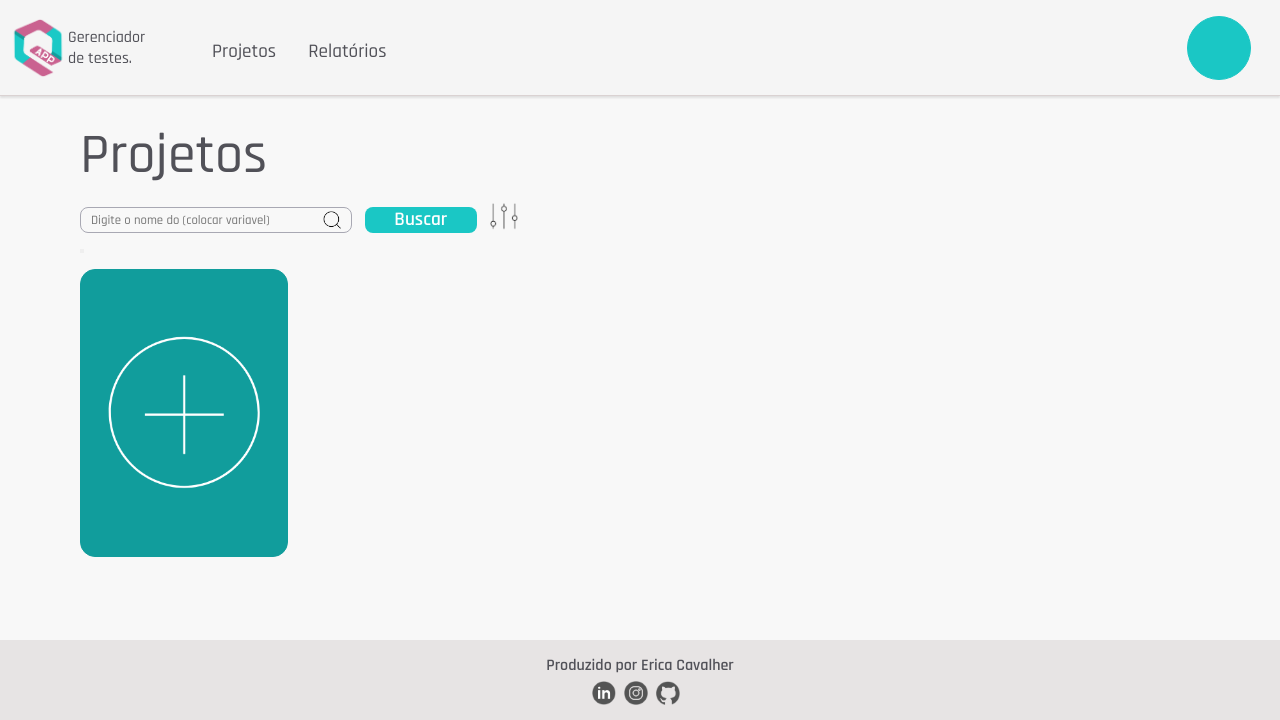
Repository: kika-cavalher/qapp-web
Page: /
The author's editor kept a copy of each file at every save. The page is drawn from the files as they stood at one save, then again after the next save.
The browser window is 1280 px wide. The pictures show the whole page.
The page's requests for data from a server got no answer. The project was rebuilt for these pictures with package versions that can differ from the ones it lists, and the page was loaded fresh each time. No one was signed in, and anything a server would have sent is missing. Also part of the build but not shown: src/styles/components/modals.scss, src/components/modals.tsx, src/hooks/useAuth.ts, src/styles/pages/signIn.scss, src/pages/auth/SignIn.tsx, src/styles/pages/signUp.scss, src/pages/auth/SignUp.tsx.

Above is the page before, as saved 2022-03-23 18:42:07.

### public/index.html
<!DOCTYPE html>
<html lang="pt-br">
  <head>
    <meta charset="utf-8" />
    <meta name="viewport" content="width=device-width, initial-scale=1" />

    <link rel="preconnect" href="https://fonts.googleapis.com">
    <link rel="preconnect" href="https://fonts.gstatic.com" crossorigin>
    <link href="https://fonts.googleapis.com/css2?family=Rajdhani:wght@300;400;500;600;700&display=swap" rel="stylesheet">

    <title>QApp</title>
  </head>
  <body>
    <noscript>You need to enable JavaScript to run this app.</noscript>
    <div id="root"></div>
  </body>
</html>

### src/index.tsx
import React from 'react';
import ReactDOM from 'react-dom';
import App from './App';

import './styles/global/styles.scss';
import './services/firebase'


ReactDOM.render(
  <React.StrictMode>
    <App />
  </React.StrictMode>,
  document.getElementById('root')
);

### src/App.tsx
import { AuthContextProvider } from './contexts/AuthContext'
import { BrowserRouter, Routes, Route } from "react-router-dom";

import { ProjectPage  } from "./pages/Project";
import { LoginPage } from "./pages/auth/SignIn";
import { RegisterPage } from "./pages/auth/SignUp";


function App() {
  return (
    <BrowserRouter>
      <AuthContextProvider>
        <Routes>
          <Route path="/" element={<ProjectPage  />} />
          <Route path="auth/sign-in" element={<LoginPage />} />
          <Route path="auth/sign-up" element={<RegisterPage  />} />
        </Routes>
      </AuthContextProvider>
    </BrowserRouter>
  );
}

export default App;

### src/styles/global/styles.scss
@import 'variables.scss';

* {
    box-sizing: border-box;
    margin: 0;
    padding: 0;
  }

  body {
    background: $white-offwhite;
    color: $dark-grey;
  }

  body, input, button, textarea {
    font: 400 16px 'Rajdhani', sans-serif;
  }

### src/services/firebase.ts
import firebase from 'firebase/compat/app';
import 'firebase/compat/auth';
import { getFirestore } from "firebase/firestore";


const firebaseConfig = {
  apiKey: process.env.REACT_APP_API_KEY,
  authDomain: process.env.REACT_APP_AUTH_DOMAIN,
  databaseURL: process.env.REACT_APP_DATABASE_URL,
  projectId: process.env.REACT_APP_PROJECT_ID,
  storageBucket: process.env.REACT_APP_STORAGE_BUCKET,
  messagingSenderId: process.env.REACT_APP_MESSAGING_SENDER_ID,
  appId: process.env.REACT_APP_APP_ID
};

firebase.initializeApp(firebaseConfig);

const auth = firebase.auth();
const database = getFirestore();

export { firebase, auth, database }

### src/contexts/AuthContext.tsx
import { createContext, ReactNode, useEffect, useState } from "react";
import { createUserWithEmailAndPassword, signInWithEmailAndPassword, getAuth } from "firebase/auth"
import firebase from "firebase/compat";


type User = {
  email: string;
  password: string;
}

type AuthContextProviderProps = {
  children?: ReactNode | undefined;
}

type AuthContextType = {
  user: User | undefined;
  signIn: (props: User) => {};
  signUp: (props: User) => {};
  // signInWithGoogle: () => Promise<void>;
}


export const AuthContext = createContext({} as AuthContextType);

export const AuthContextProvider = (props: AuthContextProviderProps) => {
  const [user, setUser] = useState<User>();
  const auth = getAuth();


  const signIn = async (props: User) => {
    signInWithEmailAndPassword(auth, props.email, props.password)
    .then((userCredential) => {
      if (!userCredential) {
        throw new Error('Missing information from Google Account.');
      }
      setUser({
        email: props.email,
        password: props.password
      })
    })
    .catch((error) => {
      console.log(error.code & error.message);
    })
  }


  const signUp = async (props: User) => {
    createUserWithEmailAndPassword(auth, props.email, props.password)
    .then((userCredential) => {
      console.log(userCredential.user);
    })
    .catch((error) => {
      console.log(error.code & error.message);
    })
  };

  // async function signInWithGoogle() {
  //   const provider = new firebase.auth.GoogleAuthProvider();
  //   const result = await auth.signInWithPopup(provider);
  //   .then((userCredential) => {
  //     if (!userCredential) {
  //       throw new Error('Missing information from Google Account.');
  //     }
  //     setUser({
  //       email: email,
  //       password: password
  //     })
  //   })
  //   .catch((error) => {
  //     console.log(error.code & error.message);
  //   })
  // }

  useEffect(() => {
    const unsubscribe = auth.onAuthStateChanged(user => {
      if (user) {
        const { email } = user

        if (!email) {
          throw new Error('Missing information from your Account.');
        }
        setUser({
          email: email,
          //erro , onde pega a senha?
          password: user.refreshToken
        })
      }
    })

    return () => {
      unsubscribe();
    }
  }, [])

  //useImperativeHandle?

  return (
    <AuthContext.Provider  value={{user, signIn, signUp}}>
      {props.children}
    </AuthContext.Provider>
  )

}

### src/pages/Project.tsx
import { useCallback, useRef } from "react";

import { TopMenu } from "../components/top-menu";
import { Search } from "../components/Search";
import { Footer } from "../components/Footer";
import Modals, { ModalHandles } from "../components/modals";
import { Button } from "../components/Button";

import iconAdd from '../assets/icon/add.png';
import '../styles/pages/project.scss'

export function ProjectPage () {
    const arrumarVariavel = "Projetos";
    const modalRef = useRef<ModalHandles>(null)

    const handleOpenModal = useCallback(() => {
        modalRef.current?.openModal();
    }, [])


    return (
        <div id="page-project">
            <TopMenu />
                <div className='page-project--main__container'>
                    <div className='page-project--container__title'>
                        <h1>{arrumarVariavel}</h1>
                    </div>
                <Search />
                <Button onClick={handleOpenModal} className="btn-open-modal">
                    Novo projeto
                </Button>
                <Modals ref={modalRef}/>
                    <div className='page-project--cards'>
                        <div className='page-project--cards__new'>
                            <div className='page-project--cards__new--icon'>
                                <input className='page-project--cards__new--img' type="image" src={iconAdd} alt="icone de orientação para adicionar novo projeto"/>
                            </div>
                        </div>
                    </div>
                </div>
            <Footer />
        </div>
    )
}

### src/styles/global/variables.scss
//colors
$white: #fff;
$white-offwhite: #f8f8f8;
$dark-offwhite: #f5f5f5;
$transparente: rgba(255, 255, 255, -0.1);

$light-grey: #e7e4e4;
$medium-grey: #c6c6c9;
$grey-with-transparency: rgba(0, 0, 0, 0.041);
$grey_border: #a8a8b3;
$dark-grey: #515158;

$turquoise: #1ac7c5;
$dark-greenish: #119d9c;

$dark-pink: #c86291;
$light-pink: #f8eaea;

$red_google: #ea4335;

// media queries
$monitor-width: 1300px;
@mixin monitor {
    @media (min-width: #{$monitor-width}) {
        @content;
    }
}

$notebook-width: 1300px;
$notebook-height: 700px;
@mixin notebook {
    @media (max-width: #{$notebook-width}) and (min-height: #{$notebook-height}){
        @content;
    }
}

$tablet-width: 850px;
@mixin tablet {
    @media (max-width: #{$tablet-width}){
        @content;
    }
}

$phone-width: 500px;
@mixin phone {
    @media (max-width: #{$phone-width}){
        @content;
    }
}

$screen-slim: 700px;
@mixin slim {
    @media (max-height: #{$screen-slim}) {
        @content;
    }
}

### src/components/top-menu.tsx
import { Link } from 'react-router-dom'

import '../styles/components/top-menu.scss'
import Logo from './Logo';

export function TopMenu () {

/*     const { user } = useAuth()
    const fullName = String(user?.name);
    const initials = fullName.normalize('NFD').replace(/[\u0300-\u036f]/g, "").split(" ");


    for (let i = 0; i < 2; i++) {
        initials[i] = initials[i][0]
    }
 */


    return (
        <div id="component--top-menu">
             <div className='component--top-menu__logo'>
                <Logo />
                <p>Gerenciador de testes.</p>
            </div>
            <div className='component--top-menu__pages'>
                <ul className='top-menu__list'>
                    <li className='top-menu__itens'>
                        <Link to='/' className='top-menu__pages--project'>Projetos
                        </Link>
                    </li>
                </ul>
                <ul className='top-menu__list'>
                    <li className='top-menu__itens'>
                        <Link to='/' className='top-menu__pages--reports'>Relatórios
                        </Link>
                    </li>
                </ul>
            </div>
            <div className='component--top-menu__user'>
                <div className='component--user__round'>
{/*                     <h1>{initials}</h1> */}
                </div>
            </div>
        </div>
    )
}

### src/components/Search.tsx
import { Button } from './Button';

import iconSearch from '../assets/icon/search.png';
import iconFilter from '../assets/icon/filter.png';
import '../styles/components/search.scss'


export function Search () {
    return (
        <div id="component--search">
            <div className='component--search__input'>
                <input type="text" placeholder="Digite o nome do (colocar variavel)"/>
                <div className='search__input--icon'>
                    <img id="icon-search" src={iconSearch} alt="icone de identificação visual do campo de busca" />
                </div>

            </div>
            <div className='btn__search'>
                <button type="submit">Buscar</button>
            </div>
            <div className='component--filters'>
                <img id="icon-filter" src={iconFilter} alt="icone de identificação visual das opções de filtragem" />
            </div>
        </div>
    )
}

### src/components/footer.tsx

import iconLinkedin from '../assets/icon/linkedin.png';
import iconInstagram from '../assets/icon/instagram.png';
import iconGithub from '../assets/icon/github.png';
import '../styles/components/footer.scss'

export function Footer () {
    return (
        <div id="component--footer">
            <p>Produzido por Erica Cavalher</p>
            <div className='footer--list__social-media'>
                <img id="icon-add--linkedin" src={iconLinkedin} alt="icone de orientação para adicionar novo projeto" />
                <img id="icon-add--instagram" src={iconInstagram} alt="icone de orientação para adicionar novo projeto" />
                <img id="icon-add--github" src={iconGithub} alt="icone de orientação para adicionar novo projeto" />
            </div>
        </div>
    )
}

### src/components/Button.tsx
import {ButtonHTMLAttributes} from 'react'
import '../styles/components/button.scss'



type Button = {
    ButtonProps: ButtonHTMLAttributes<HTMLButtonElement>
    type?: "button" | "submit" | "reset" | undefined,
    className?: string
    onClick?: () => void
}

export function Button (props:Button) {
    const { className, type, onClick, ButtonProps } = props
    return (
        <button
        onClick={onClick}
        className={`${className}`}
        type={type}
         {...ButtonProps} />
    )
}


//onClick = {() => funcao()}

### src/styles/pages/project.scss
@import '../global/variables.scss';

#page-project {
    display: flex;
    flex-direction: column;
    justify-content: space-between;
    height: 100%;
    z-index: 1;
}

.page-project--main__container {
    margin: 1.5rem 5rem;
}

.page-project--container__title {

    h1 {
        color: $dark-grey;
        font-size: 3.5rem;
        font-weight: 500;
    }
}

.page-project--cards {
    /* Colocar grid 3 card maximo por linha.  */

    .page-project--cards__new {
        background-color: $dark-greenish;
        width: 13rem;
        height: 18rem;
        border: 1px solid $dark-greenish;
        border-radius: 15px;
        color: $dark-grey;
        margin: 1rem 0 3rem 0;

        .page-project--cards__new--icon {
            display: flex;
            align-items: center;
            justify-content: center;
            height: 18rem;

            .page-project--cards__new--img{
                height: 10rem;
                width: 10rem;
            }
        }
    }

}

### src/components/Logo.tsx
import { useNavigate } from 'react-router-dom';
import logoQapp from '../assets/images/logoQapp.png';

export default function Logo() {

    const history = useNavigate();
    function navigateToHome(e: { preventDefault: () => void; }) {
        e.preventDefault();
        history('/');
    }


    return (
        <img onClick={navigateToHome} id="img-logo" src={logoQapp} alt="Logo da empresa QApp" />
    );
  }

### src/styles/components/top-menu.scss
@import '../global/variables.scss';

#component--top-menu {
    background: $dark-offwhite;
    border-bottom: 0.5px solid #DAD2D2;
    box-shadow: 0px 2px 2px rgba(0, 0, 0, 0.10);
    display: flex;
    flex-direction: row;
    height: 6rem;
    justify-content: space-between;
}

.component--top-menu__logo {
    align-items: center;
    display: flex;
    flex-direction: row;
    margin-left: 0.5rem;

    #img-logo {
        cursor: pointer;
        height: 60px;
        width: 60px;

        @include phone {
            width: 50px;
        }
    }

    p {
        font-size: 1rem;
        font-weight: 500;
        margin-right: 2rem;
        width: 5rem;
    }
}

.component--top-menu__pages {
    align-items: flex-end;
    display: flex;
    font-size: 1.2rem;
    width: 100%;
    height: 4rem;

    .top-menu__itens {
        list-style: none;
        margin-left: 2rem;

        a {
            color: $dark-grey;
            cursor: pointer;
            font-weight: 500;
            text-decoration: none;
        }

        &:hover {
            margin-bottom: 2px;
            border-bottom: 2px solid $turquoise
        }
    }
}

.component--top-menu__user {
    align-items: center;
    display: flex;
    justify-content: center;
    width: 10rem;

    .component--user__round {
        align-items: center;
        background: $turquoise;
		border: 1px solid $turquoise;
        border-radius: 50%;
        display: flex;
		height: 4rem;
        justify-content: center;
        text-transform: uppercase;
        width: 4rem;

        h1 {
            color: $white
        }
    }
}

### src/styles/components/search.scss
@import '../global/variables.scss';

#component--search {
    display: flex;
    align-items: center;
}

.component--search__input {
    display: flex;
    align-items: center;
    margin-right: 0.8rem;

    input {
        background: $transparente;
        border: 1px solid $grey_border;
        border-radius: 8px;
        color: $dark-grey;
        font-size: 0.8rem;
        font-weight: 500;
        height: 1.6rem;
        margin: 0.5rem 0;
        outline: none;
        padding: 0 10px;
        width: 17rem;
        z-index:2;
    }

    .search__input--icon {
        align-items: flex-end;
        display: flex;
        flex-direction: column;
        position: absolute;
        width: 16.3rem;
        z-index:1;

        img {
            height: 1.1rem;
            width: 1.1rem;
        }
    }
}

.component--filters {
    margin-left: 0.8rem;

    img {
        height: 1.8rem;
        width: 1.8rem;
    }
}

### src/styles/components/footer.scss
@import '../global/variables.scss';

#component--footer {
    align-items: center;
    background-color: $light-grey;
    bottom: 0;
    display: flex;
    flex-direction: column;
    height: 5rem;
    justify-content: center;
    position: fixed;
    text-align: center;
    width: 100vw;

    p{
        font-size: 1rem;
        font-weight: 600;
    }

    img {
        margin: 0.3rem 0.5rem 0 0;
        height: 1.5rem;
        width: 1.5rem;
    }

}

.footer--list__social-media {
    display: flex;
    flex-direction: row;
}

### src/styles/components/button.scss
@import '../global/variables.scss';

.btn__send {
    display: flex;
    flex-direction: column;
    align-items: center;

    button {
        align-items: center;
        background: $turquoise;
        border: 0;
        border-radius: 8px;
        color: $white;
        cursor: pointer;
        display: flex;
        flex-direction: row;
        font-weight: 600;
        height: 35px;
        justify-content: center;
        margin: 1rem 0;
        width: 10rem;

        @include monitor {
            font-size: 1.2rem;
        }

        @include notebook {
            font-size: 1.2rem;
        }

        @include tablet {
            font-size: 2rem;
            height: 45px;
            width: 15rem;
        }

        @include phone {
            font-size: 1.5rem;
            width: 10rem;
        }

        @include slim {
            font-size: 1.1rem;
            margin: 0.5rem 0;
            width: 8rem;
        }
    }
}

.btn__google {
    align-items: center;
    background: $red_google;
    border: 0;
    border-radius: 8px;
    color: $white-offwhite;
    cursor: pointer;
    display: flex;
    flex-direction: row;
    transition: filter 0.2s;
    width: 100%;

    @include monitor {
        font-size: 1rem;
        height: 35px;
    }

    @include notebook {
        font-size: 0.9rem;
        height: 35px;
    }

    @include tablet {
        font-size: 1.2rem;
        height: 45px;
    }

    @include phone {
        font-size: 1rem;
        height: 45px;
    }

    @include slim {
        font-size: 0.8rem;
        height: 35px;
    }

    #img-icon__google {
        margin: 0 5%;
        width: 20px;

        @include phone {
            margin: 0 3%;
            width: 15px;
        }

        @include slim {
            width: 15px;
        }
    }
}

.btn__search {
    display: flex;
    flex-direction: column;
    align-items: center;

    button {
        align-items: center;
        background: $turquoise;
        border: 0;
        border-radius: 8px;
        color: $white;
        cursor: pointer;
        display: flex;
        flex-direction: row;
        font-weight: 600;
        height: 1.6rem;
        justify-content: center;
        margin: 1rem 0;
        width: 7rem;

        @include monitor {
            font-size: 1.2rem;
        }

        @include notebook {
            font-size: 1.2rem;
        }

        @include tablet {
            font-size: 2rem;
            height: 45px;
            width: 10rem;
        }

        @include phone {
            font-size: 1.5rem;
            width: 7rem;
        }

        @include slim {
            font-size: 1.1rem;
            margin: 0.5rem 0;
            width: 5rem;
        }
    }
}

.btn-open-modal {
    display: flex;
    flex-direction: column;
    align-items: center;

    button {
        align-items: center;
        background: $turquoise;
        border: 0;
        border-radius: 8px;
        color: $white;
        cursor: pointer;
        display: flex;
        flex-direction: row;
        font-weight: 600;
        height: 35px;
        justify-content: center;
        margin: 1rem 0;
        width: 10rem;

        @include monitor {
            font-size: 1.2rem;
        }

        @include notebook {
            font-size: 1.2rem;
        }

        @include tablet {
            font-size: 2rem;
            height: 45px;
            width: 15rem;
        }

        @include phone {
            font-size: 1.5rem;
            width: 10rem;
        }

        @include slim {
            font-size: 1.1rem;
            margin: 0.5rem 0;
            width: 8rem;
        }
    }
}

After the next save:
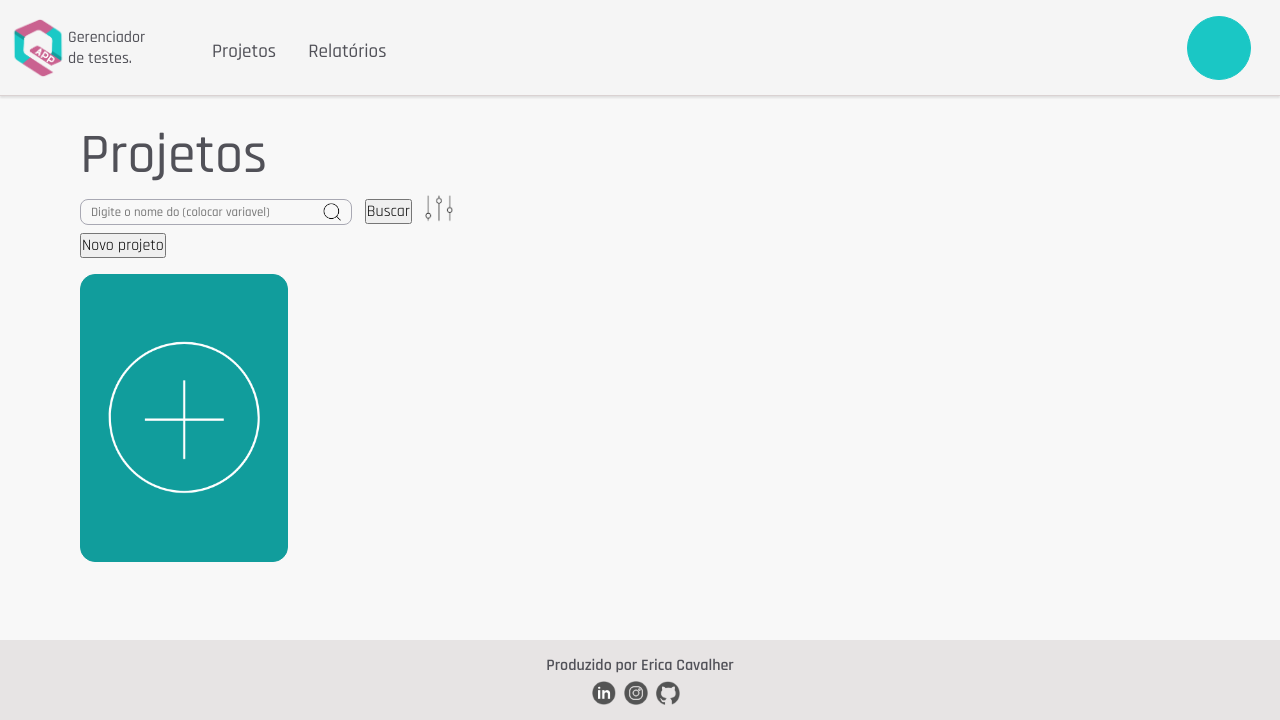
Saved 1 s later.
--- a/src/pages/Project.tsx
+++ b/src/pages/Project.tsx
@@ -26,9 +26,9 @@ export function ProjectPage () {
                         <h1>{arrumarVariavel}</h1>
                     </div>
                 <Search />
-                <Button onClick={handleOpenModal} className="btn-open-modal">
+                <button onClick={handleOpenModal} className="btn-open-modal">
                     Novo projeto
-                </Button>
+                </button>
                 <Modals ref={modalRef}/>
                     <div className='page-project--cards'>
                         <div className='page-project--cards__new'>
